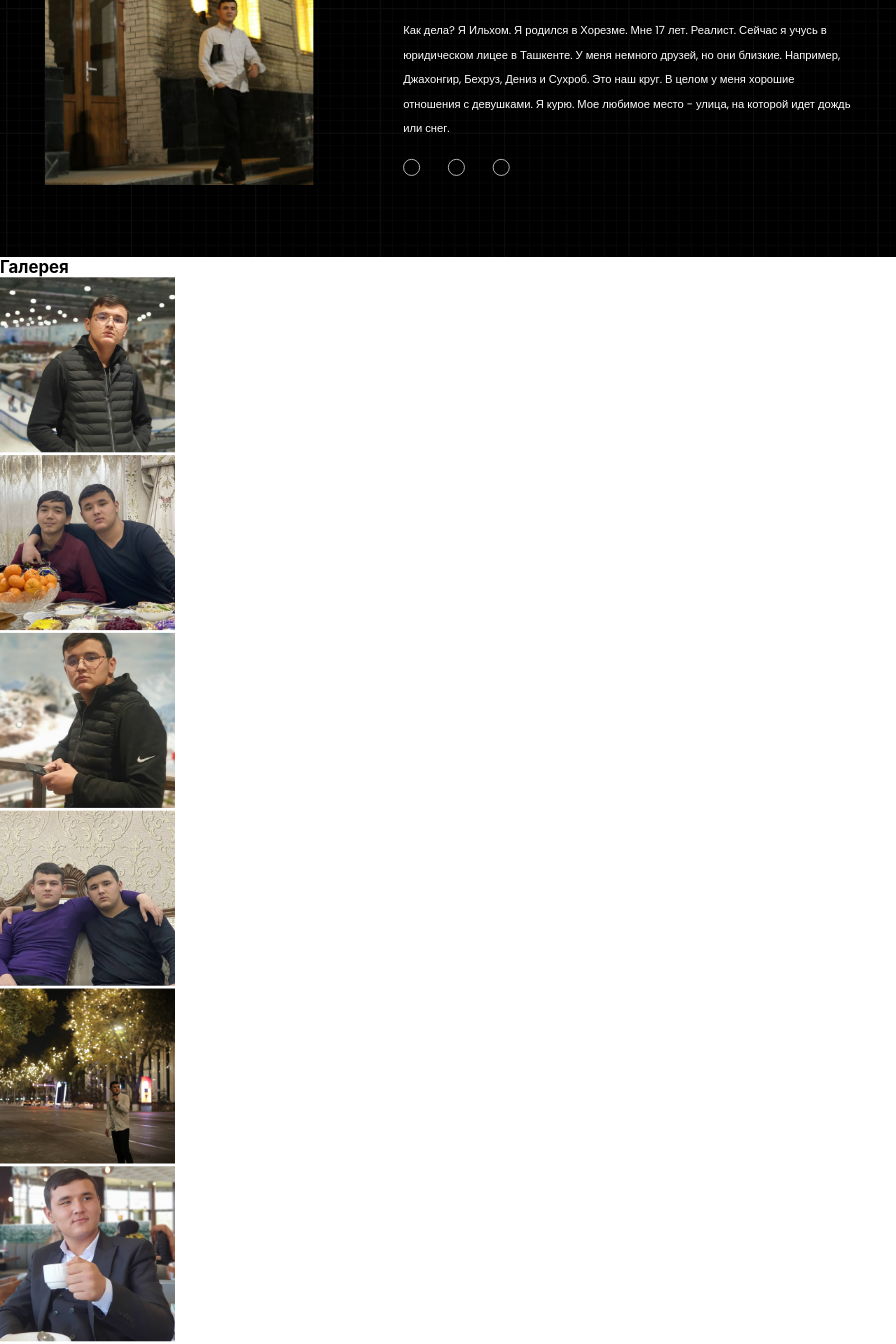
Repository: sardorexe/xishnik
Page: /
An editor plug-in stored every save of this project. The page is shown before and after the next save, followed by the edit.
The browser window is 1280 px wide. The pictures show the part of the page from y = 1073 to 2993 px (the page is 2993 px tall), at 70% of full size.
Some icons come from a web library that is not loaded, so they are not drawn. Some web libraries are served in a nearby version. The project was rebuilt for these pictures with package versions that can differ from the ones it lists, and the page was loaded fresh each time. Some packages were replaced by stand-ins written for this rebuild. The framework's server and built-in components were replaced by stand-ins that run in the browser. Also part of the build but not shown: next.config.js.

Above is the page before, as saved 2021-09-27 21:21:48.

After the next save:
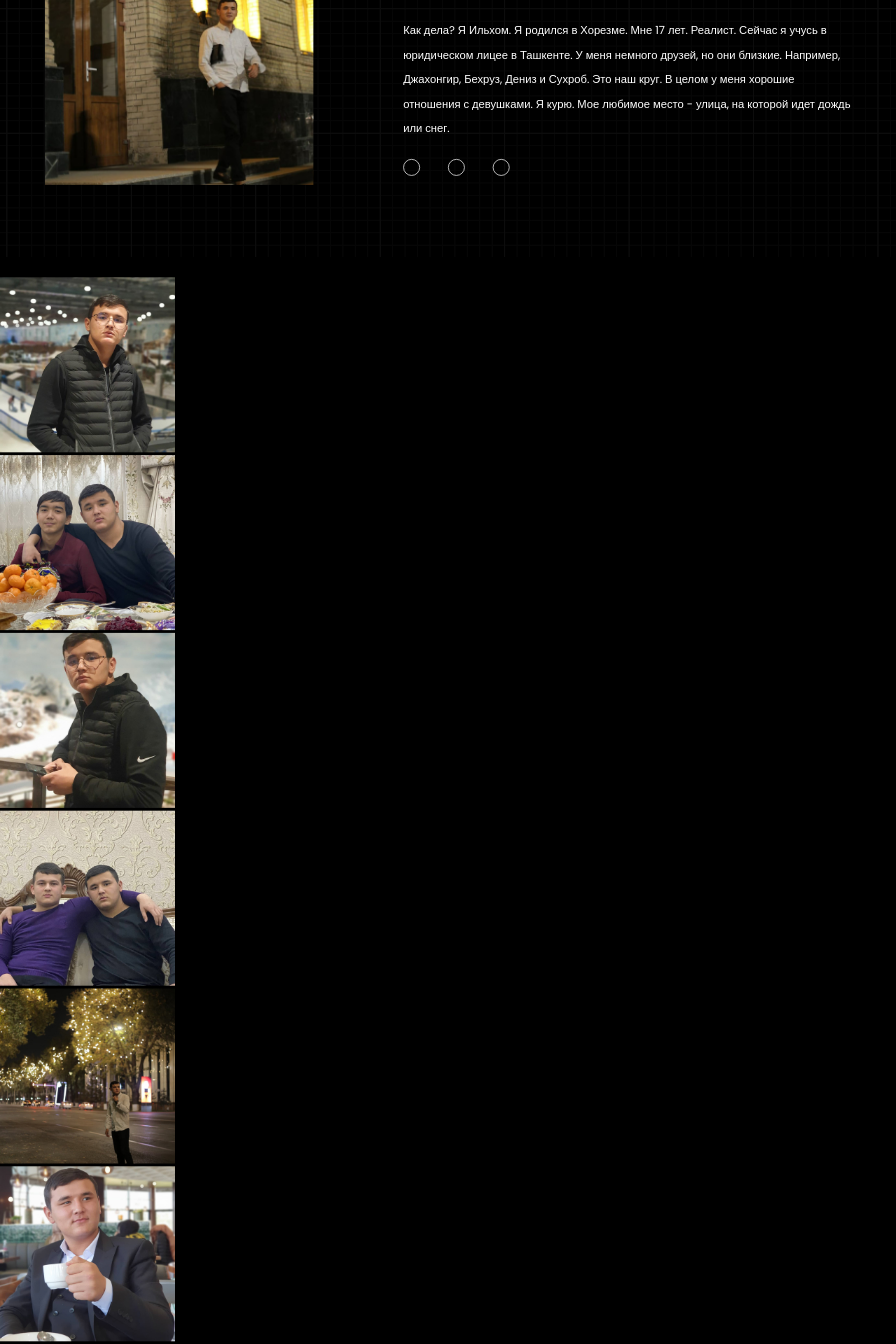
Saved 4 s later.
--- a/styles/Gallery.module.css
+++ b/styles/Gallery.module.css
@@ -1,4 +1,4 @@
 .container {
   min-height: 100vh;
-  backg
+  background: #000;
 }
